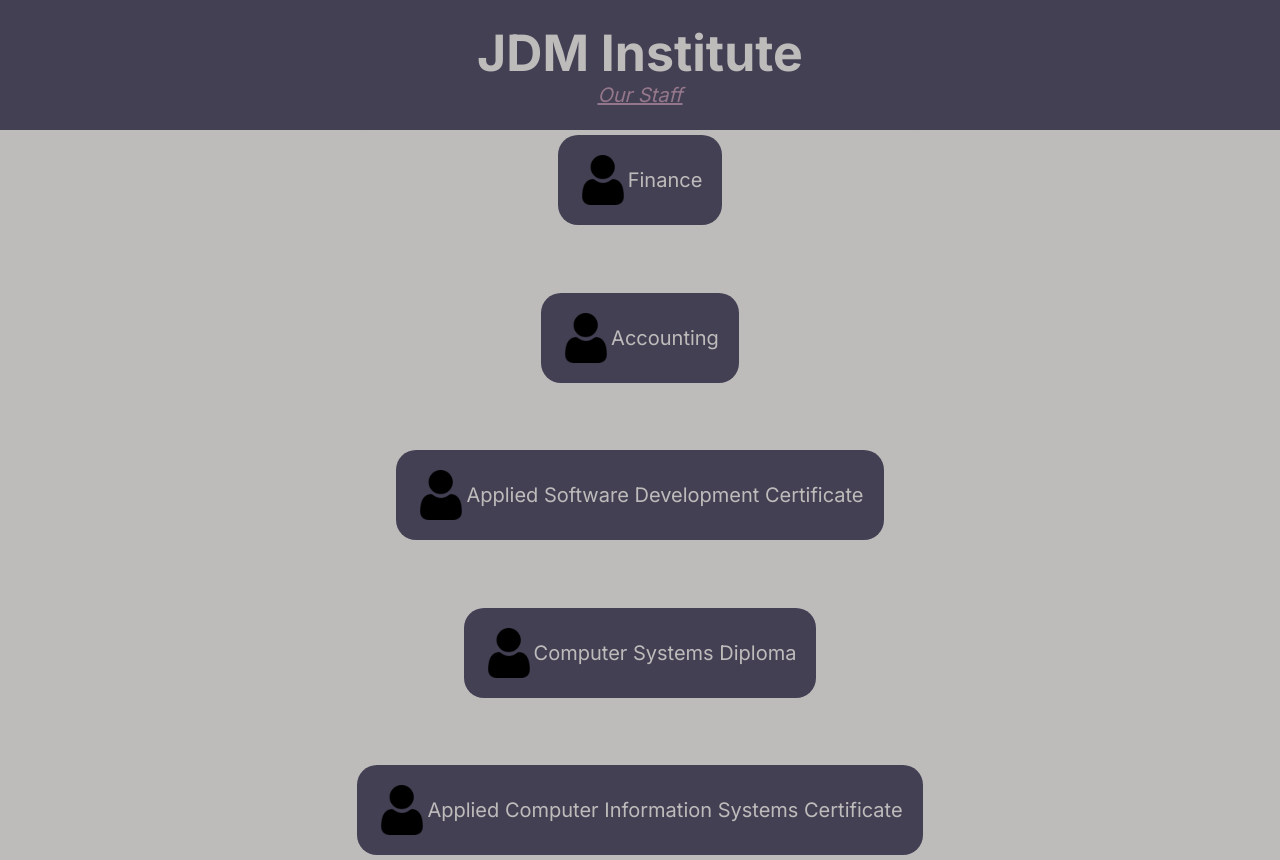
Repository: jennydmcm/class03practice
Page: /
An editor plug-in stored every save of this project. The page is shown before and after the next save, followed by the edit.
The browser window is 1280 px wide. The pictures show the whole page.
The project was rebuilt for these pictures with package versions that can differ from the ones it lists, and the page was loaded fresh each time. The framework's server and built-in components were replaced by stand-ins that run in the browser. Also part of the build but not shown: next.config.js.

Above is the page before, as saved 2023-01-25 12:36:19.

After the next save:
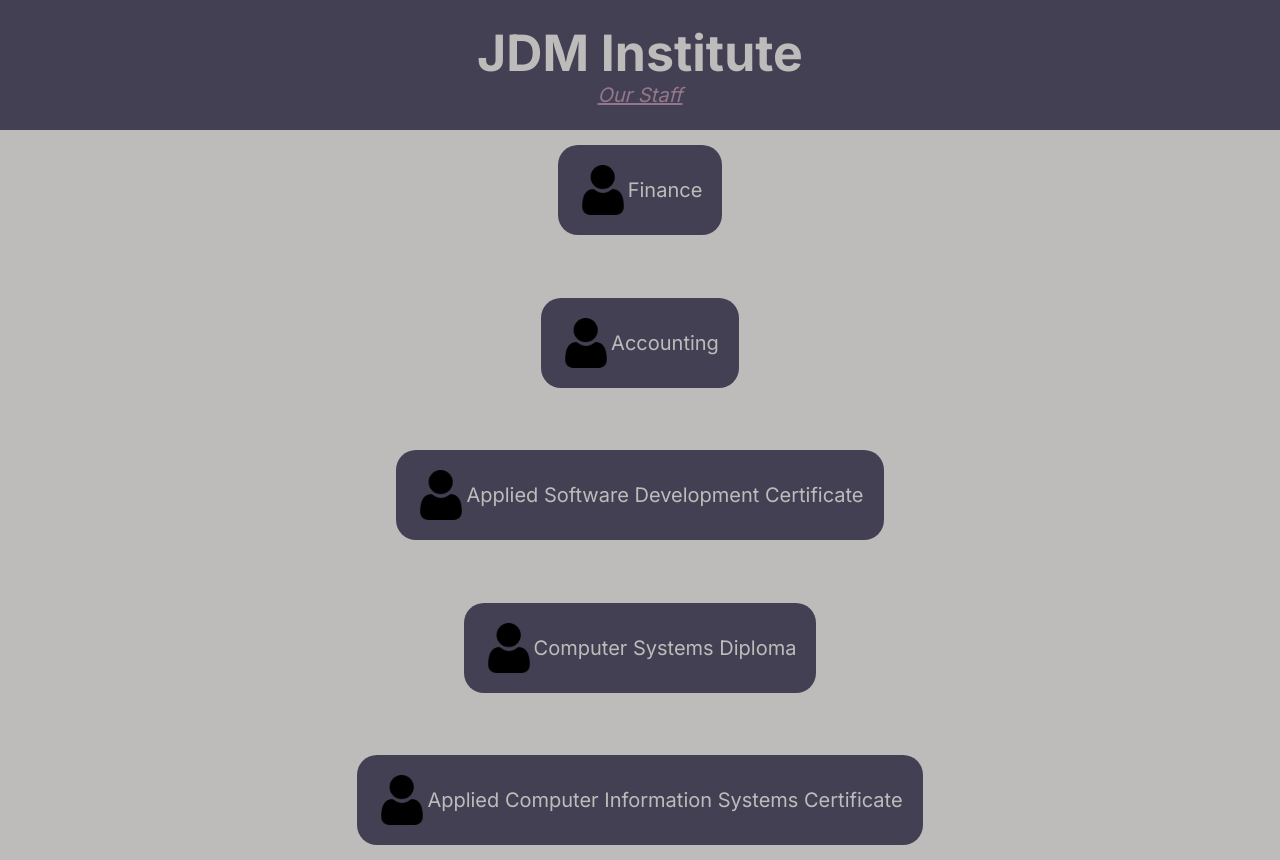
Saved 22 s later.
--- a/components/Card/index.js
+++ b/components/Card/index.js
@@ -14,7 +14,8 @@
             display:"flex",
             flexDirection:"row",
             justifyContent:"center",
-            alignItems:"center"
+            alignItems:"center",
+            margin:"10px"
 
 
 

After the save that followed:
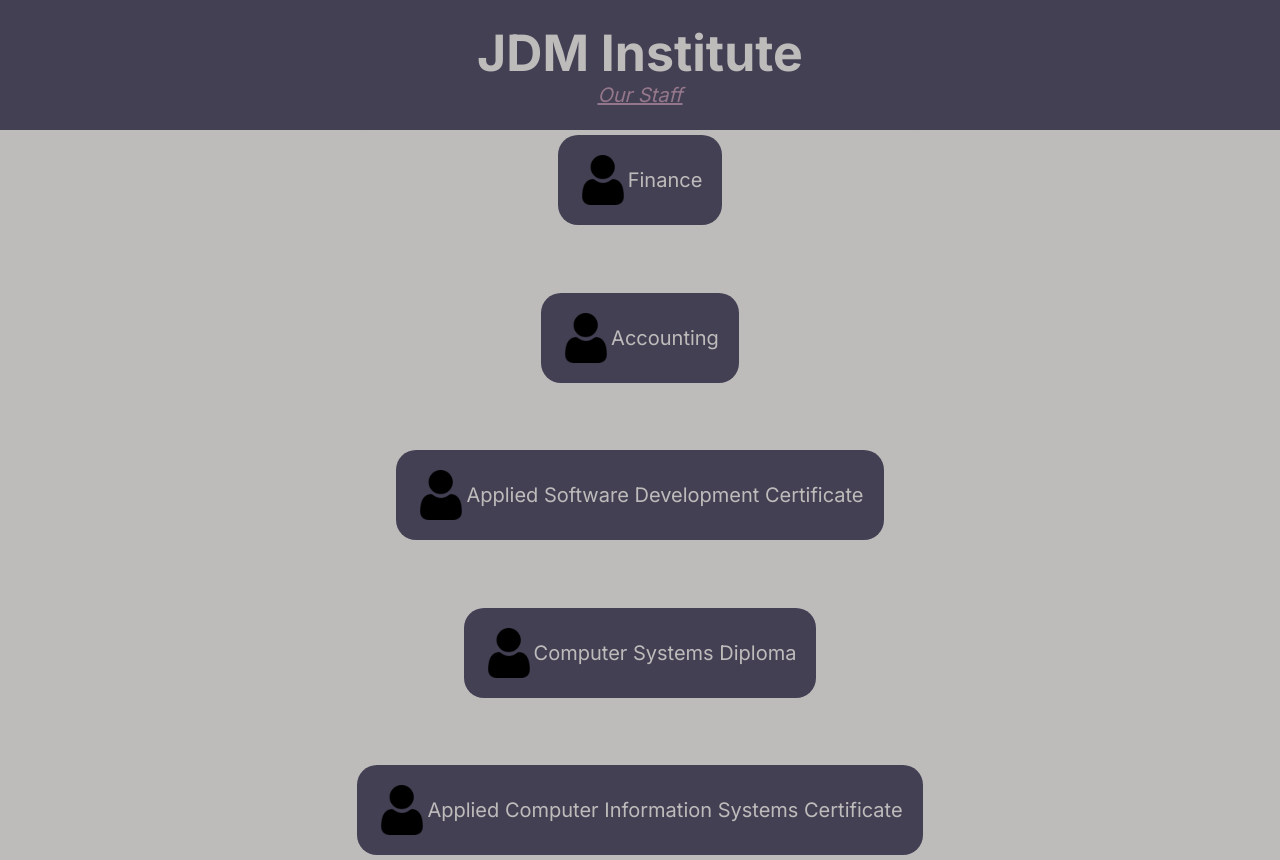
Saved 15 s later.
--- a/components/Card/index.js
+++ b/components/Card/index.js
@@ -15,7 +15,7 @@
             flexDirection:"row",
             justifyContent:"center",
             alignItems:"center",
-            margin:"10px"
+
 
 
 
@@ -23,7 +23,7 @@
             }}>
             {
                 colour === "#94778B" ?    <img src={'icon/person.png'} width='50'/> :
-                colour === "#94778B" ?   <img src={'icon/personThree.png'} width='50'/> :
+                colour === "#94778B" ?   <img src={'icon/personThree.png'} width='50' gap='10px'/> :
                                     <img src={image} width='50'/>
             }
             {degree}
